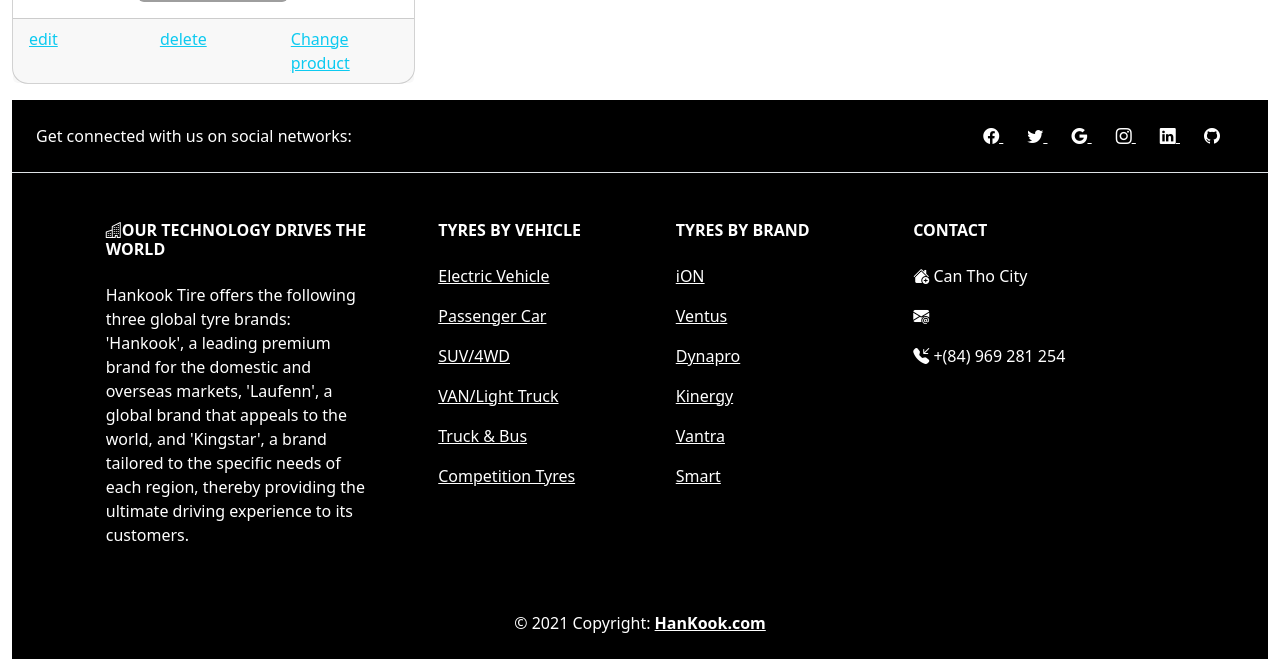
Repository: TrungAug/JAVA4
Page: myWeb/templates/editor.html
An editor plug-in stored every save of this project. The page is shown before and after the next save, followed by the edit.
The browser window is 1280 px wide. The pictures show the part of the page from y = 740 to 1437 px (the page is 1399 px tall before and 1437 px after).
Pictures or frames that could not be fetched are drawn as grey boxes. A picture or video elsewhere on the page could not be fetched, so the positions and the page height are approximate.

Above is the page before, as saved 2023-11-15 20:01:48.

After the next save:
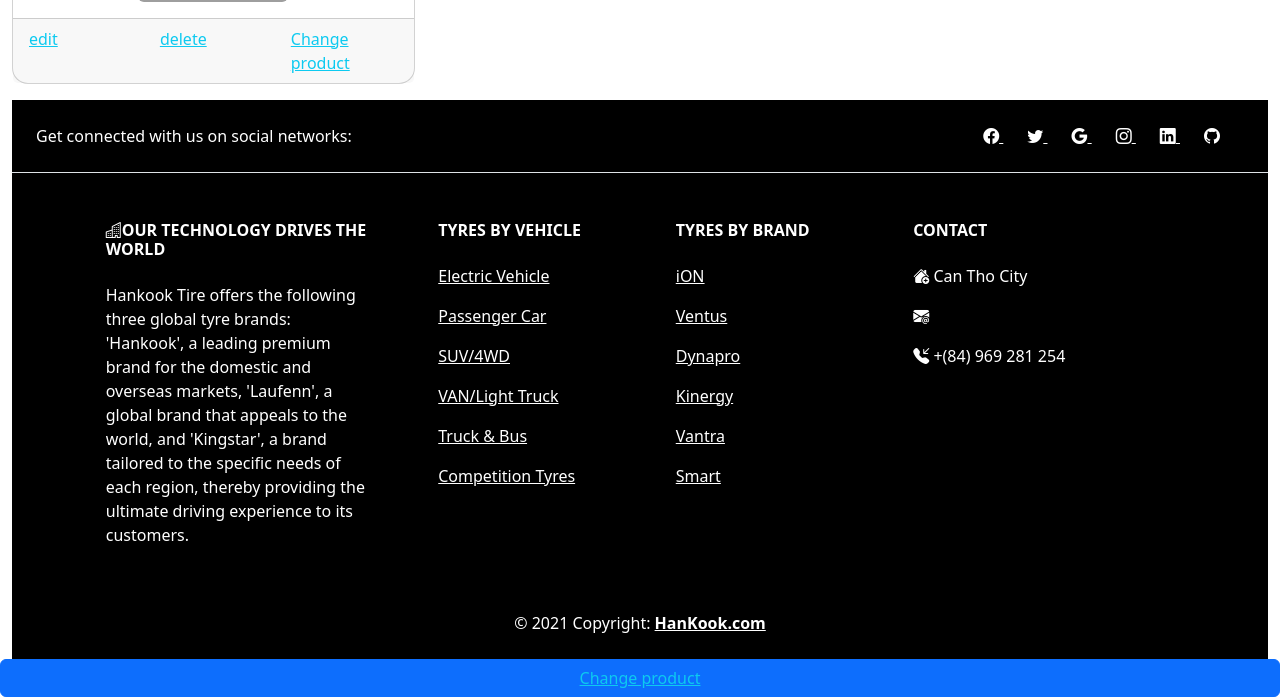
Saved 12 h 35 min later.
--- a/myWeb/templates/editor.html
+++ b/myWeb/templates/editor.html
@@ -320,7 +320,29 @@
             <!-- Copyright -->
         </footer>
     </div>
-
+    <!-- Button trigger modal -->
+    <button type="button" class="btn btn-primary" data-bs-toggle="modal" data-bs-target="#editorChangeProductModal">
+        <a class="text-info" href="">Change product</a>
+    </button>
+
+    <!-- Modal -->
+    <div class="modal fade" id="editorChangeProductModal" tabindex="-1" aria-labelledby="editorChangeProductModalLabel" aria-hidden="true">
+        <div class="modal-dialog">
+            <div class="modal-content">
+                <div class="modal-header">
+                    <h5 class="modal-title" id="editorChangeProductModalLabel">Modal title</h5>
+                    <button type="button" class="btn-close" data-bs-dismiss="modal" aria-label="Close"></button>
+                </div>
+                <div class="modal-body">
+                    ...
+                </div>
+                <div class="modal-footer">
+                    <button type="button" class="btn btn-secondary" data-bs-dismiss="modal">Close</button>
+                    <button type="button" class="btn btn-primary">Save changes</button>
+                </div>
+            </div>
+        </div>
+    </div>
 
     <script src="https://cdn.jsdelivr.net/npm/bootstrap@5.3.1/dist/js/bootstrap.bundle.min.js"></script>
 </body>
